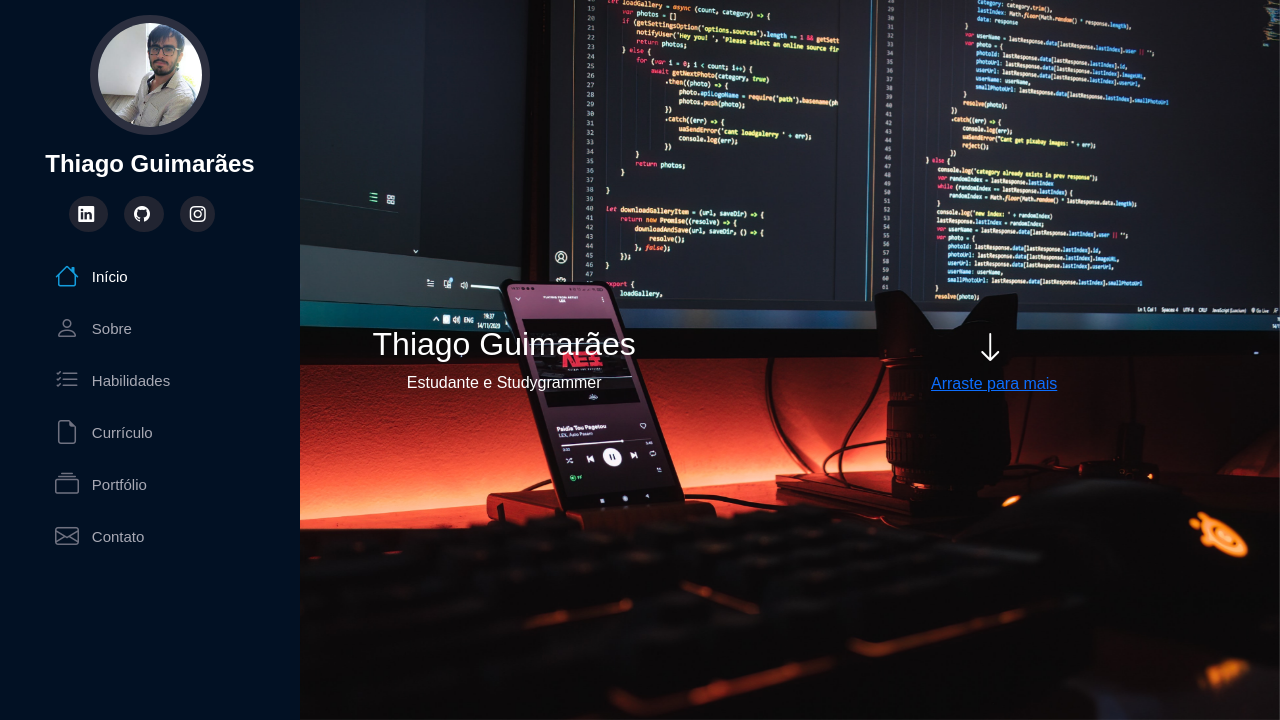
Repository: Rayago/projeto-portfolio
Page: http://localhost/
An editor plug-in stored every save of this project. The page is shown before and after the next save, followed by the edit.
The browser window is 1280 px wide. The pictures show the whole page.
Some web fonts or font styles are not loaded; a fallback is used. The page is served by the project's application, run on Flask 3 (app.py).

Above is the page before, as saved 2022-07-12 17:25:46.

After the next save:
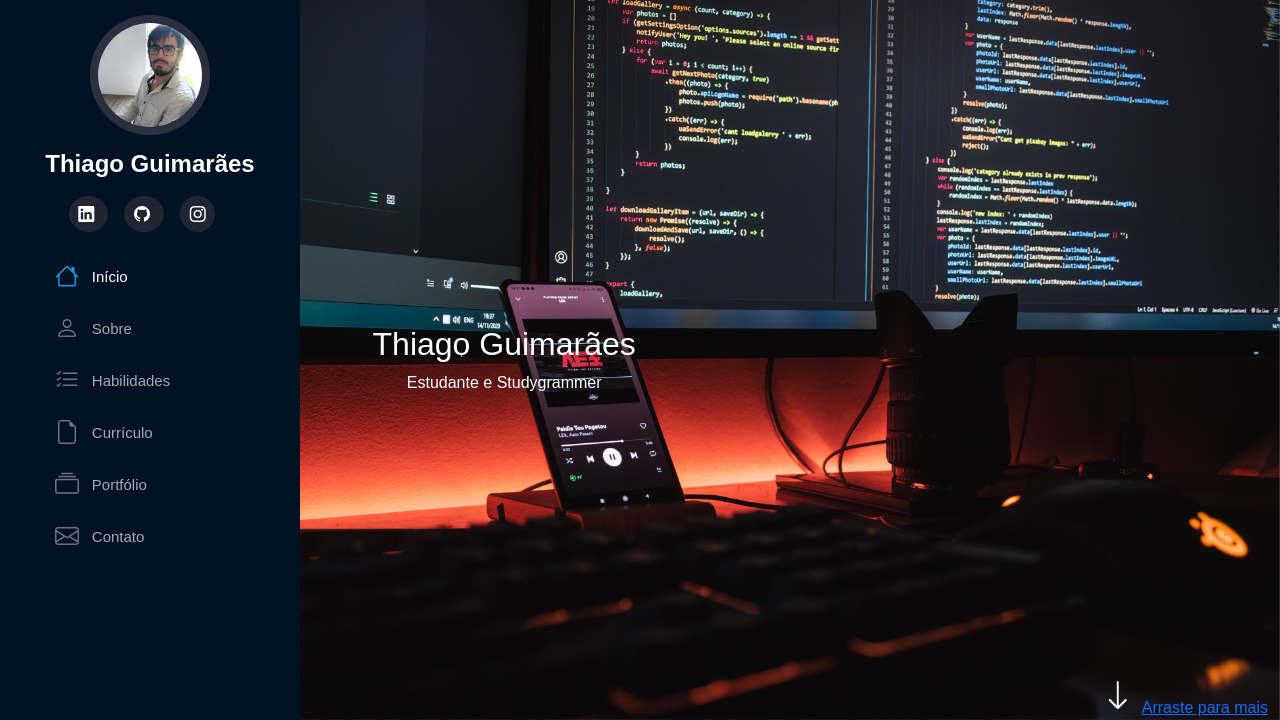
Saved 36 s later.
--- a/templates/index.html
+++ b/templates/index.html
@@ -62,7 +62,7 @@
                 <span id="subtitle" class="text-white text-shadow">Estudante e Studygrammer</span>
             </div>
 
-            <div class="col-md-7 d-flex justify-content-center align-items-center flex-column">
+            <div class="col-md-7 d-flex justify-content-end align-items-end">
                 <i class="bi bi-arrow-down text-white pe-2 fs-2" aria-hidden="true"></i>
                 <a href="">Arraste para mais</a>
             </div>
